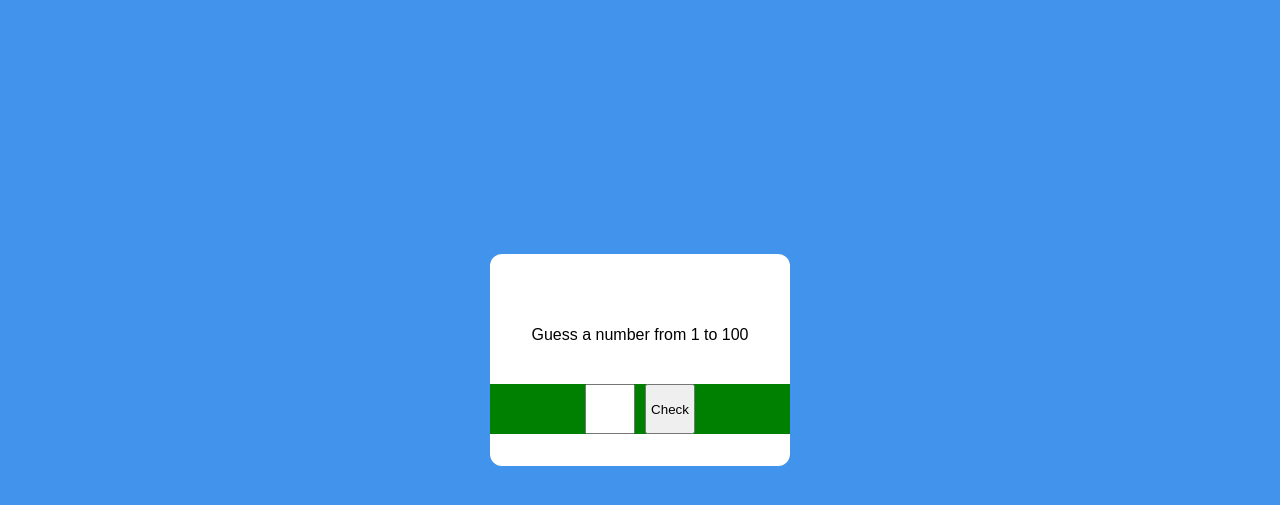
Repository: Ankitkr2021/Guess_Game
Page: index.html
These files come from the project's save history. The page is drawn as it stood at one moment and after the next save; the edit follows.
The browser window is 1280 px wide. The pictures show the whole page.

Above is the page before, as saved 2025-09-30 17:45:46.

After the next save:
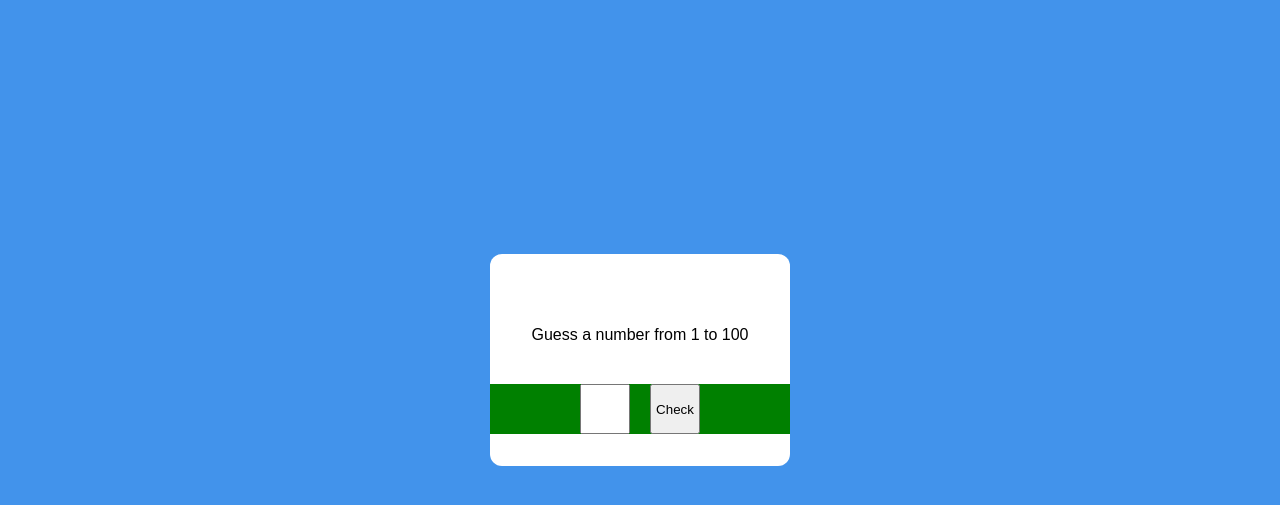
Saved 4 s later.
--- a/style.css
+++ b/style.css
@@ -48,7 +48,7 @@ input{
 }
 
 button{
-    margin-left: 10px;
+    margin-left: 20px;
     height: 50px;
     width: 50px;
 }
